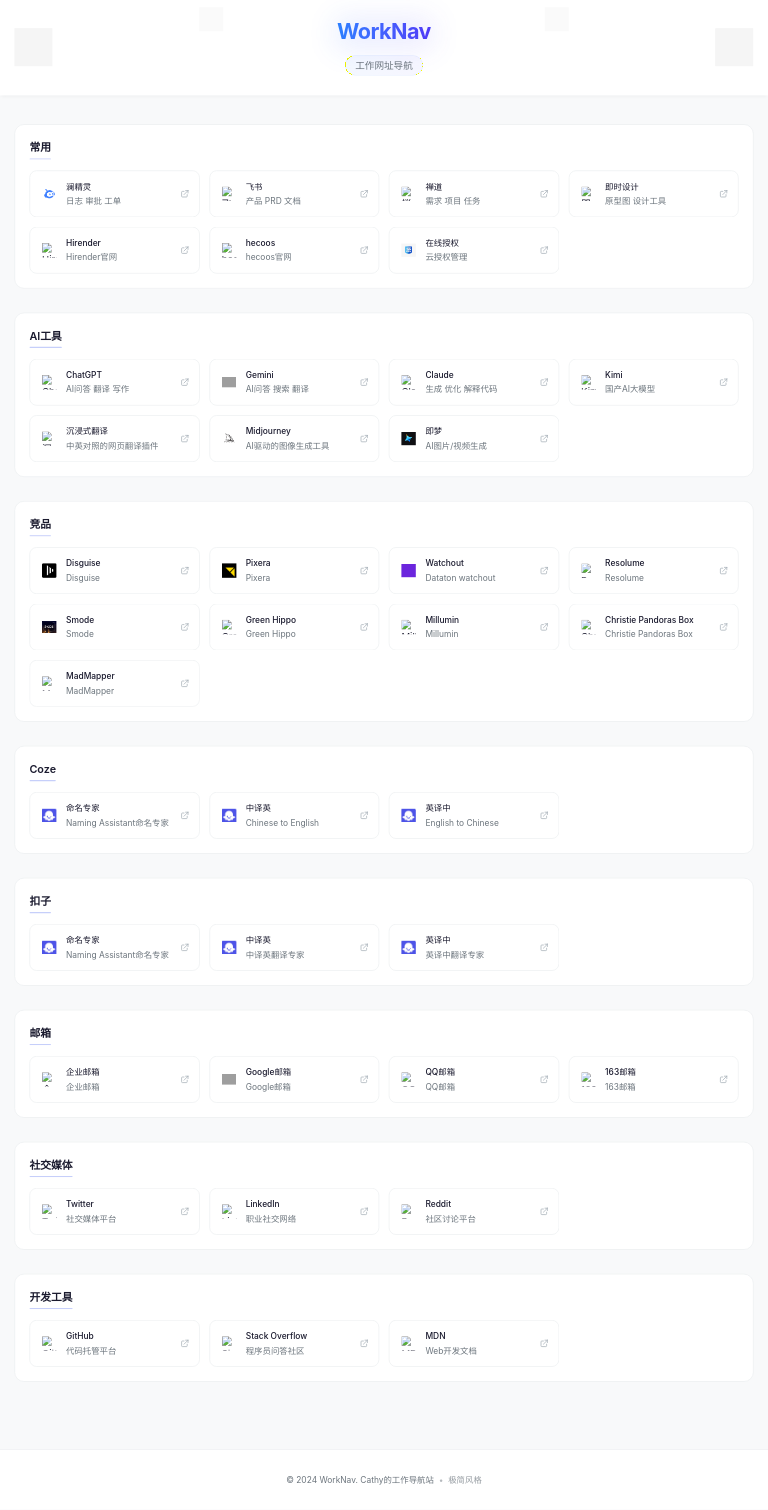
Repository: SweetPomelo0/WorkNav
Page: /
An editor plug-in stored every save of this project. The page is shown before and after the next save, followed by the edit.
The browser window is 1280 px wide. The pictures show the whole page, at 60% of full size.
Pictures or frames that could not be fetched are drawn as grey boxes. The project was rebuilt for these pictures with package versions that can differ from the ones it lists, and the page was loaded fresh each time. The framework's server and built-in components were replaced by stand-ins that run in the browser. Also part of the build but not shown: next.config.ts.

Above is the page before, as saved 2025-07-26 21:05:54.

### src/app/layout.tsx
import type { Metadata } from "next";
import { Geist, Geist_Mono } from "next/font/google";
import "./globals.css";

const geistSans = Geist({
  variable: "--font-geist-sans",
  subsets: ["latin"],
});

const geistMono = Geist_Mono({
  variable: "--font-geist-mono",
  subsets: ["latin"],
});

export const metadata: Metadata = {
  title: "WorkNav - 工作网址导航",
  description: "一个简洁的工作网址导航页面",
};

export default function RootLayout({
  children,
}: Readonly<{
  children: React.ReactNode;
}>) {
  return (
    <html lang="en">
      <body
        className={`${geistSans.variable} ${geistMono.variable} antialiased`}
      >
        {children}
      </body>
    </html>
  );
}

### src/app/page.tsx
export default function Home() {
  // 定义导航分类和链接
  const categories = [
    {
      title: "常用",
      links: [
        { name: "澜精灵", url: "https://www.lanerp.com/Admin/index/index.html", desc: "日志 审批 工单", icon: "/img/lanjingling.png" },
        { name: "飞书", url: "https://enlightv.feishu.cn/wiki/D6Z1wOai9iVI4bkVlumcJprDn2e?fromScene=spaceOverview", desc: "产品 PRD 文档", icon: "https://feishu.cn/favicon.ico" },
        { name: "禅道", url: "https://enlightv.zentaopm.com/my/", desc: "需求 项目 任务", icon: "https://enlightv.zentaopm.com/favicon.ico" },
        { name: "即时设计", url: "https://js.design/recent", desc: "原型图 设计工具", icon: "https://img.js.design/assets/webImg/favicon.ico" },
        { name: "Hirender", url: "https://www.hirender.com/#/home", desc: "Hirender官网", icon: "https://www.hirender.com/favicon.ico" },
        { name: "hecoos", url: "https://www.hecoos.com/web/#/home", desc: "hecoos官网", icon: "https://www.hecoos.com/favicon.ico" },
        { name: "在线授权", url: "https://license.enlightv.com/web/", desc: "云授权管理", icon: "data:[embedded picture, 6295 characters]" },
      ]
    },
    {
      title: "AI工具",
      links: [
        { name: "ChatGPT", url: "https://chatgpt.com/", desc: "AI问答 翻译 写作", icon: "https://cdn.oaistatic.com/assets/favicon-180x180-od45eci6.webp" },
        { name: "Gemini", url: "https://gemini.google.com/app", desc: "AI问答 搜索 翻译", icon: "https://www.gstatic.com/lamda/images/gemini_sparkle_4g_512_lt_f94943af3be039176192d.png" },
        { name: "Claude", url: "https://claude.ai/", desc: "生成 优化 解释代码", icon: "https://claude.ai/favicon.ico" },
        { name: "Kimi", url: "https://www.kimi.com/", desc: "国产AI大模型", icon: "https://www.kimi.com/favicon.ico" },
        { name: "沉浸式翻译", url: "https://immersivetranslate.com/zh-Hans/?utm_source=ai-bot.cn", desc: "中英对照的网页翻译插件", icon: "https://immersivetranslate.com/favicon.ico" },
        { name: "Midjourney", url: "https://www.midjourney.com/explore?tab=video_top", desc: "AI驱动的图像生成工具", icon: "/img/mj.png" },
        { name: "即梦", url: "https://jimeng.jianying.com/ai-tool/home", desc: "AI图片/视频生成", icon: "/img/jimeng.png" }

      ]
    },
    {
      title: "竞品",
      links: [
        { name: "Disguise", url: "https://www.disguise.one/en", desc: "Disguise", icon: "/img/disguise.png" },
        { name: "Pixera", url: "https://pixera.one/zh/software/overview/", desc: "Pixera", icon: "/img/pixera.png" },
        { name: "Watchout", url: "https://www.dataton.com/", desc: "Dataton watchout", icon: "/img/watchout.png" },
        { name: "Resolume", url: "https://resolume.com/", desc: "Resolume", icon: "https://resolume.com/images/favicons/apple-touch-icon.png" },
        { name: "Smode", url: "https://www.smode.io/en/", desc: "Smode", icon: "/img/smode.png" },
        { name: "Green Hippo", url: "https://www.green-hippo.com/", desc: "Green Hippo", icon: "https://www.green-hippo.com/wp-content/themes/greenhippo/assets/icons/favicon.ico" },
        { name: "Millumin", url: "https://millumin.com/v5/index.php", desc: "Millumin", icon: "https://www.millumin.com/favicon/apple-icon-180x180.png" },
        { name: "Christie Pandoras Box", url: "https://www.christiedigital.com/products/christie-pandoras-box/", desc: "Christie Pandoras Box", icon: "https://www.christiedigital.com/apple-touch-icon.png" },
        { name: "MadMapper", url: "https://madmapper.com/madmapper/software", desc: "MadMapper", icon: "https://madmapper.com/images/favicon/apple-touch-icon.png" }

      ]
    },
    {
      title: "Coze",
      links: [
        { name: "命名专家", url: "https://www.coze.com/store/agent/7530562770308956161?bot_id=true", desc: "Naming Assistant命名专家", icon: "/img/coze.png" },
        { name: "中译英", url: "https://www.coze.com/store/agent/7530572378075152440?bot_id=true", desc: "Chinese to English", icon: "/img/coze.png" },
        { name: "英译中", url: "https://www.coze.com/store/agent/7530572202144694273?bot_id=true", desc: "English to Chinese", icon: "/img/coze.png" }
      ]
    },
    {
      title: "扣子",
      links: [
        { name: "命名专家", url: "https://www.coze.cn/store/agent/7530571775823577130?bot_id=true", desc: "Naming Assistant命名专家", icon: "/img/coze.png" },
        { name: "中译英", url: "https://www.coze.cn/store/agent/7530581452909035572?bot_id=true", desc: "中译英翻译专家", icon: "/img/coze.png" },
        { name: "英译中", url: "https://www.coze.cn/store/agent/7530581958234193970?bot_id=true", desc: "英译中翻译专家", icon: "/img/coze.png" }
      ]
    },
    {
      title: "邮箱",
      links: [
        { name: "企业邮箱", url: "https://exmail.qq.com/cgi-bin/frame_html?sid=qPUC22bEtIEF7kUt,2&sign_type=&r=586a2a390ca023395a120877ca5870f0", desc: "企业邮箱", icon: "https://exmail.qq.com/favicon.ico" },
        { name: "Google邮箱", url: "https://mail.google.com/mail/u/0/#inbox", desc: "Google邮箱", icon: "https://ssl.gstatic.com/ui/v1/icons/mail/rfr/gmail.ico" },
        { name: "QQ邮箱", url: "https://mail.qq.com/", desc: "QQ邮箱", icon: "https://mail.qq.com/favicon.ico" },
        { name: "163邮箱", url: "https://mail.163.com/", desc: "163邮箱", icon: "https://mail.163.com/favicon.ico" }
      ]
    },
    {
      title: "社交媒体",
      links: [
        { name: "Twitter", url: "https://twitter.com", desc: "社交媒体平台", icon: "https://twitter.com/favicon.ico" },
        { name: "LinkedIn", url: "https://www.linkedin.com", desc: "职业社交网络", icon: "https://www.linkedin.com/favicon.ico" },
        { name: "Reddit", url: "https://www.reddit.com", desc: "社区讨论平台", icon: "https://www.reddit.com/favicon.ico" }
      ]
    },
    {
      title: "开发工具",
      links: [
        { name: "GitHub", url: "https://github.com", desc: "代码托管平台", icon: "https://github.com/favicon.ico" },
        { name: "Stack Overflow", url: "https://stackoverflow.com", desc: "程序员问答社区", icon: "https://stackoverflow.com/favicon.ico" },
        { name: "MDN", url: "https://developer.mozilla.org", desc: "Web开发文档", icon: "https://developer.mozilla.org/favicon.ico" },
      ]
    }

  ];

  return (
    <div className="min-h-screen" style={{ background: 'var(--background)', color: 'var(--text-primary)' }}>
      {/* Header */}
      <header style={{ background: 'var(--header-bg)', boxShadow: '0 4px 6px -1px rgba(0, 0, 0, 0.05)' }}>
        <div className="max-w-7xl mx-auto px-6 py-8">
          <div className="text-center relative">
            {/* 装饰元素 - 左侧 */}
            <div className="absolute left-0 top-1/2 transform -translate-y-1/2 opacity-10 hidden md:block header-float">
              <img src="/globe.svg" alt="" className="w-16 h-16" />
            </div>

            {/* 装饰元素 - 左上角 */}
            <div className="absolute left-1/4 top-0 transform -translate-y-1/2 opacity-5 hidden lg:block">
              <img src="/file.svg" alt="" className="w-10 h-10" />
            </div>

            {/* 标题区域 */}
            <div className="relative inline-block">
              <div className="absolute -inset-1 bg-gradient-to-r from-blue-600/20 to-indigo-600/20 rounded-lg blur-xl opacity-30 header-glow"></div>
              <h1 className="relative text-4xl font-bold mb-2 tracking-tight bg-clip-text text-transparent bg-gradient-to-r from-blue-500 to-indigo-600 dark:from-blue-400 dark:to-indigo-400">WorkNav</h1>
            </div>

            <p className="text-base font-medium mt-3" style={{ color: 'var(--text-secondary)' }}>
              <span className="inline-block px-4 py-1 rounded-full bg-gradient-to-r from-blue-500/5 to-indigo-500/5 border border-blue-500/10">工作网址导航</span>
            </p>

            {/* 装饰元素 - 右侧 */}
            <div className="absolute right-0 top-1/2 transform -translate-y-1/2 opacity-10 hidden md:block header-float" style={{ animationDelay: '2s' }}>
              <img src="/window.svg" alt="" className="w-16 h-16" />
            </div>

            {/* 装饰元素 - 右上角 */}
            <div className="absolute right-1/4 top-0 transform -translate-y-1/2 opacity-5 hidden lg:block">
              <img src="/file.svg" alt="" className="w-10 h-10" />
            </div>
          </div>
        </div>

        {/* 精致分隔线 */}
        <div className="elegant-divider"></div>
      </header>

      {/* Main Content */}
       <main className="max-w-7xl mx-auto px-6 py-12">
         <div className="space-y-10">
           {categories.map((category, index) => (
             <div
               key={index}
               style={{
                 background: 'var(--card-bg)',
                 borderColor: 'var(--card-border)'
               }}
               className="rounded-2xl border p-6 transition-all duration-300 hover:shadow-lg"
             >
               <h2
                 className="text-lg font-semibold mb-6 relative inline-block"
                 style={{ color: 'var(--text-primary)' }}
               >
                 <span className="relative z-10">{category.title}</span>
                 <span
                  className="absolute bottom-0 left-0 w-full h-0.5 rounded-full opacity-30"
                  style={{ background: 'var(--accent)', transform: 'translateY(6px)' }}
                ></span>
               </h2>
               <div className="grid grid-cols-1 sm:grid-cols-2 lg:grid-cols-3 xl:grid-cols-4 gap-4">
                 {category.links.map((link, linkIndex) => (
                   <a
                     key={linkIndex}
                     href={link.url}
                     target="_blank"
                     rel="noopener noreferrer"
                     style={{
                       borderColor: 'var(--card-border)',
                       background: 'var(--card-bg)'
                     }}
                     className="block p-4 rounded-xl border hover:shadow-md transition-all duration-200 group relative"
                   >

                     <div className="flex items-center justify-between">
                       <div className="flex items-center flex-1">
                         <div className="w-8 h-8 mr-3 flex-shrink-0 flex items-center justify-center">
                           {link.icon ? (
                             <img
                               src={link.icon}
                               alt={`${link.name} icon`}
                               className="w-6 h-6 object-contain"
                             />
                           ) : (
                             <div
                               style={{ background: 'var(--card-hover)' }}
                               className="w-6 h-6 rounded-md flex items-center justify-center"
                             >
                               <span style={{ color: 'var(--text-secondary)' }} className="text-xs font-medium">
                                 {link.name.charAt(0).toUpperCase()}
                               </span>
                             </div>
                           )}
                         </div>
                         <div className="flex-1">
                           <h3
                             style={{ color: 'var(--text-primary)' }}
                             className="text-sm font-medium group-hover:text-blue-600 dark:group-hover:text-blue-400 transition-colors"
                           >
                             {link.name}
                           </h3>
                           <p
                             style={{ color: 'var(--text-secondary)' }}
                             className="text-sm mt-1"
                           >
                             {link.desc}
                           </p>
                         </div>
                       </div>
                       <svg
                         className="w-4 h-4 transition-colors ml-3 flex-shrink-0 group-hover:translate-x-1"
                         style={{ color: 'var(--text-tertiary)' }}
                         fill="none"
                         stroke="currentColor"
                         viewBox="0 0 24 24"
                       >
                         <path
                           strokeLinecap="round"
                           strokeLinejoin="round"
                           strokeWidth={2}
                           d="M10 6H6a2 2 0 00-2 2v10a2 2 0 002 2h10a2 2 0 002-2v-4M14 4h6m0 0v6m0-6L10 14"
                         />
                       </svg>
                     </div>
                   </a>
                 ))}
               </div>
             </div>
           ))}
         </div>
       </main>

      {/* Footer */}
      <footer style={{ borderTop: '1px solid var(--card-border)', background: 'var(--footer-bg)' }} className="mt-16">
        <div className="max-w-7xl mx-auto px-6 py-10">
          <div className="text-center">
            <p style={{ color: 'var(--text-secondary)' }} className="text-sm">
              © 2024 WorkNav. Cathy的工作导航站
              <span className="inline-block mx-2 opacity-50">•</span>
              <span className="opacity-70">极简风格</span>
            </p>
          </div>
        </div>
      </footer>
    </div>
  );
}

### src/app/globals.css
@import "tailwindcss";

:root {
  --background: #f8f9fa;
  --foreground: #1a1a2e;
  --card-bg: #ffffff;
  --card-border: #e9ecef;
  --card-hover: #f1f3f5;
  --accent: #4361ee;
  --accent-hover: #3a56d4;
  --text-primary: #1a1a2e;
  --text-secondary: #6c757d;
  --text-tertiary: #adb5bd;
  --header-bg: #ffffff;
  --footer-bg: #ffffff;
}

@theme inline {
  --color-background: var(--background);
  --color-foreground: var(--foreground);
  --font-sans: var(--font-geist-sans);
  --font-mono: var(--font-geist-mono);
}

@media (prefers-color-scheme: dark) {
  :root {
    --background: #121212;
    --foreground: #f8f9fa;
    --card-bg: #1e1e1e;
    --card-border: #2d2d2d;
    --card-hover: #2a2a2a;
    --accent: #4361ee;
    --accent-hover: #5a72f0;
    --text-primary: #f8f9fa;
    --text-secondary: #adb5bd;
    --text-tertiary: #6c757d;
    --header-bg: #1a1a1a;
    --footer-bg: #1a1a1a;
  }
}

body {
  background: var(--background);
  color: var(--foreground);
  font-family: 'Inter', -apple-system, BlinkMacSystemFont, 'Segoe UI', Roboto, Oxygen, Ubuntu, Cantarell, 'Open Sans', 'Helvetica Neue', sans-serif;
}

/* 平滑滚动和过渡效果 */
html {
  scroll-behavior: smooth;
}

* {
  transition: background-color 0.2s ease, border-color 0.2s ease, transform 0.2s ease;
}

/* 自定义滚动条 */
::-webkit-scrollbar {
  width: 8px;
  height: 8px;
}

::-webkit-scrollbar-track {
  background: transparent;
}

::-webkit-scrollbar-thumb {
  background: var(--text-tertiary);
  border-radius: 4px;
}

::-webkit-scrollbar-thumb:hover {
  background: var(--text-secondary);
}

/* 标题区域动画效果 */
@keyframes subtle-float {
  0%, 100% { transform: translateY(0); }
  50% { transform: translateY(-5px); }
}

@keyframes subtle-glow {
  0%, 100% { opacity: 0.3; }
  50% { opacity: 0.5; }
}

@keyframes subtle-rotate {
  0% { transform: rotate(0deg); }
  100% { transform: rotate(360deg); }
}

.header-glow {
  animation: subtle-glow 4s ease-in-out infinite;
}

.header-float {
  animation: subtle-float 6s ease-in-out infinite;
}

.header-rotate {
  animation: subtle-rotate 60s linear infinite;
}

/* 精致分隔线 */
.elegant-divider {
  height: 1px;
  background: linear-gradient(90deg, transparent, var(--accent), transparent);
  opacity: 0.2;
  width: 80%;
  margin: 0 auto;
}

/* 标题区域背景纹理 */
.header-texture {
  background-image: radial-gradient(circle at 1px 1px, var(--accent) 1px, transparent 0);
  background-size: 30px 30px;
  background-position: -19px -19px;
  opacity: 0.03;
}

/* 标题文字阴影效果 */
.text-shadow-sm {
  text-shadow: 0 1px 2px rgba(0, 0, 0, 0.05);
}

/* 标题区域卡片效果 */
.header-card {
  background: linear-gradient(to bottom, rgba(255, 255, 255, 0.05), transparent);
  backdrop-filter: blur(8px);
  border-radius: 12px;
  border: 1px solid rgba(255, 255, 255, 0.1);
  padding: 1rem;
  transition: transform 0.3s ease, box-shadow 0.3s ease;
}

.header-card:hover {
  transform: translateY(-2px);
  box-shadow: 0 10px 25px -5px rgba(0, 0, 0, 0.05);
}

After the next save:
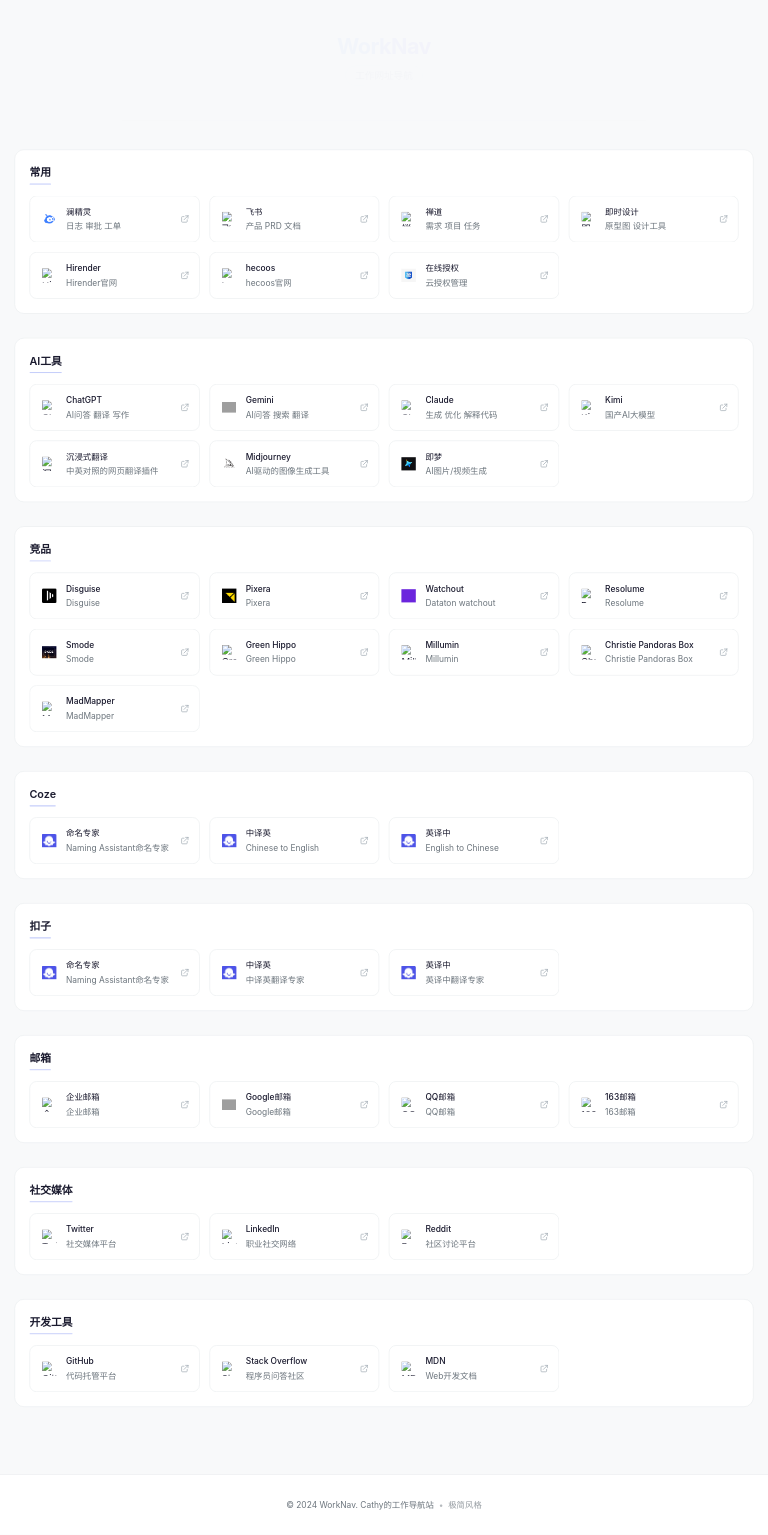
Saved 24 s later.
--- a/src/app/page.tsx
+++ b/src/app/page.tsx
@@ -88,8 +88,12 @@
   return (
     <div className="min-h-screen" style={{ background: 'var(--background)', color: 'var(--text-primary)' }}>
       {/* Header */}
-      <header style={{ background: 'var(--header-bg)', boxShadow: '0 4px 6px -1px rgba(0, 0, 0, 0.05)' }}>
-        <div className="max-w-7xl mx-auto px-6 py-8">
+      <header className="relative header-texture" style={{ background: 'var(--header-bg)', boxShadow: '0 4px 6px -1px rgba(0, 0, 0, 0.05)' }}>
+        {/* 背景装饰圆环 */}
+        <div className="absolute left-1/2 top-1/2 -translate-x-1/2 -translate-y-1/2 w-64 h-64 rounded-full border border-blue-500/5 opacity-30 header-rotate hidden md:block"></div>
+        <div className="absolute left-1/2 top-1/2 -translate-x-1/2 -translate-y-1/2 w-80 h-80 rounded-full border border-indigo-500/5 opacity-20 header-rotate hidden md:block" style={{ animationDirection: 'reverse', animationDuration: '80s' }}></div>
+
+        <div className="max-w-7xl mx-auto px-6 py-8 relative z-10">
           <div className="text-center relative">
             {/* 装饰元素 - 左侧 */}
             <div className="absolute left-0 top-1/2 transform -translate-y-1/2 opacity-10 hidden md:block header-float">
@@ -102,14 +106,14 @@
             </div>
 
             {/* 标题区域 */}
-            <div className="relative inline-block">
+            <div className="relative inline-block header-card mx-auto my-2">
               <div className="absolute -inset-1 bg-gradient-to-r from-blue-600/20 to-indigo-600/20 rounded-lg blur-xl opacity-30 header-glow"></div>
-              <h1 className="relative text-4xl font-bold mb-2 tracking-tight bg-clip-text text-transparent bg-gradient-to-r from-blue-500 to-indigo-600 dark:from-blue-400 dark:to-indigo-400">WorkNav</h1>
-            </div>
-
-            <p className="text-base font-medium mt-3" style={{ color: 'var(--text-secondary)' }}>
-              <span className="inline-block px-4 py-1 rounded-full bg-gradient-to-r from-blue-500/5 to-indigo-500/5 border border-blue-500/10">工作网址导航</span>
-            </p>
+              <h1 className="relative text-4xl font-bold mb-2 tracking-tight bg-clip-text text-transparent bg-gradient-to-r from-blue-500 to-indigo-600 dark:from-blue-400 dark:to-indigo-400 text-shadow-sm">WorkNav</h1>
+
+              <p className="text-base font-medium mt-3" style={{ color: 'var(--text-secondary)' }}>
+                <span className="inline-block px-4 py-1 rounded-full bg-gradient-to-r from-blue-500/5 to-indigo-500/5 border border-blue-500/10">工作网址导航</span>
+              </p>
+            </div>
 
             {/* 装饰元素 - 右侧 */}
             <div className="absolute right-0 top-1/2 transform -translate-y-1/2 opacity-10 hidden md:block header-float" style={{ animationDelay: '2s' }}>
